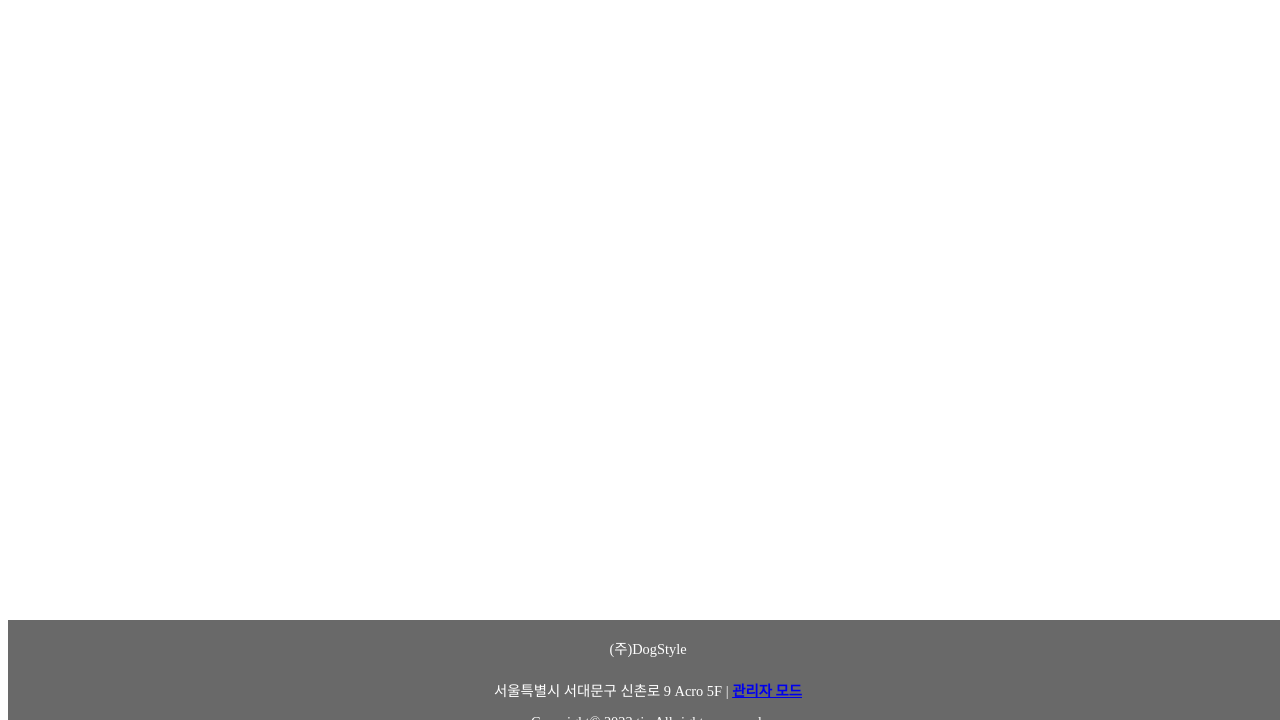
Repository: kdkk2000/Project
Page: http://localhost/petstyle/main/footer.jsp
The author's editor kept a copy of each file at every save. The page is drawn from the files as they stood at one save, then again after the next save.
The browser window is 1280 px wide. The pictures show the whole page.
The page is served by Tomcat 9. Other server files are loaded and not shown.

Above is the page before, as saved 2023-03-28 01:25:10.

### petstyle/WebContent/main/footer.jsp
<%@ page language="java" contentType="text/html; charset=UTF-8"
    pageEncoding="UTF-8"%>
<%@taglib prefix="c" uri="http://java.sun.com/jsp/jstl/core"%>
<%@taglib prefix="fmt" uri="http://java.sun.com/jsp/jstl/fmt" %>
<c:set var="conPath" value="${pageContext.request.contextPath }"/>
<!DOCTYPE html>
<html>
<head>
<meta charset="UTF-8">
<title>Insert title here</title>
	<style>
	footer {
		position: fixed;
		bottom: 0;
		height: 100px;
		background-color: dimgray;
		width: 100%;
	}

	#footer_conts {
		color: white;
		font-size: 0.9em;
		text-align: center;
		margin: 0 auto;
		width: 80%;
	}

	#footer_conts p:first-child {
		height: 30px;
		line-height: 30px;
	}
</style>
</head>
<body>
	<footer>
		<div id="footer_conts">
			<p>(주)DogStyle</p>
			<p>서울특별시 서대문구 신촌로 9 Acro 5F | <b><a href="${conPath }/adminLoginView.do">관리자 모드</a></b></p>
			<p>Copyright© 2023 tj . All rights reserved.</p>
		</div>
	</footer>
</body>
</html>

After the next save:
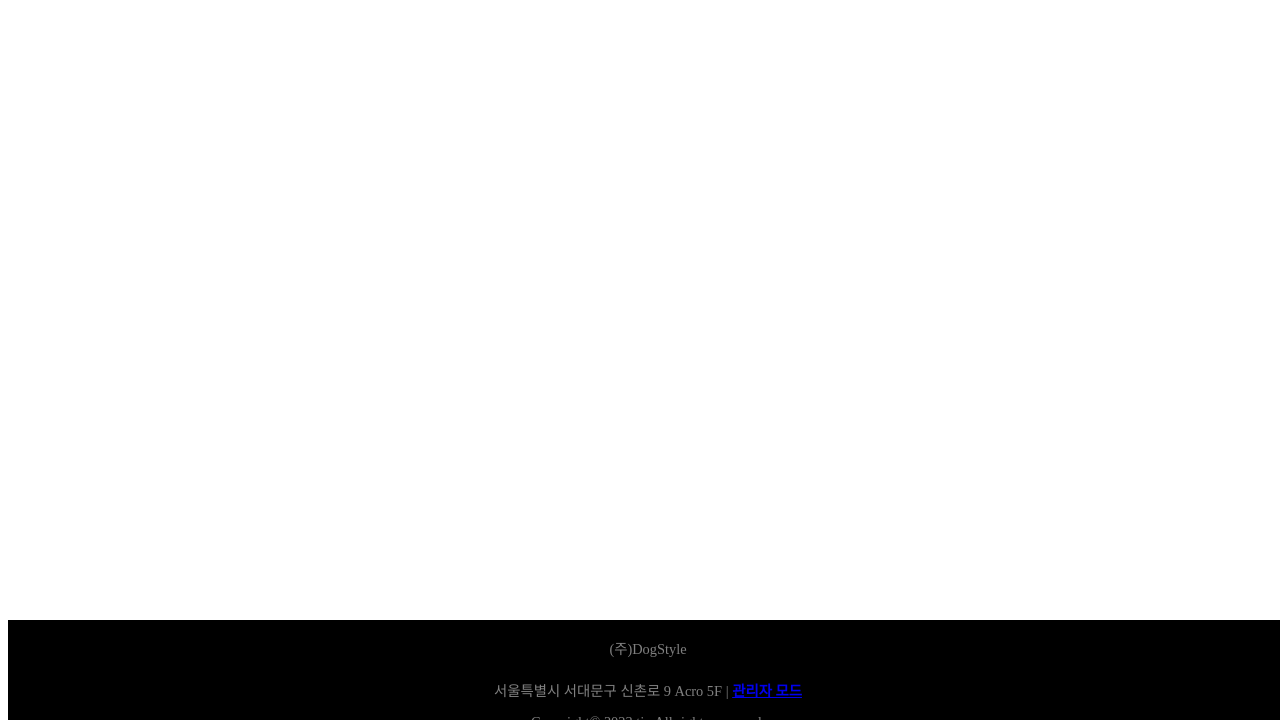
Saved 17 s later.
--- a/petstyle/WebContent/main/footer.jsp
+++ b/petstyle/WebContent/main/footer.jsp
@@ -13,12 +13,12 @@
 		position: fixed;
 		bottom: 0;
 		height: 100px;
-		background-color: dimgray;
+		background-color: black;
 		width: 100%;
 	}
 
 	#footer_conts {
-		color: white;
+		color: gray;
 		font-size: 0.9em;
 		text-align: center;
 		margin: 0 auto;
